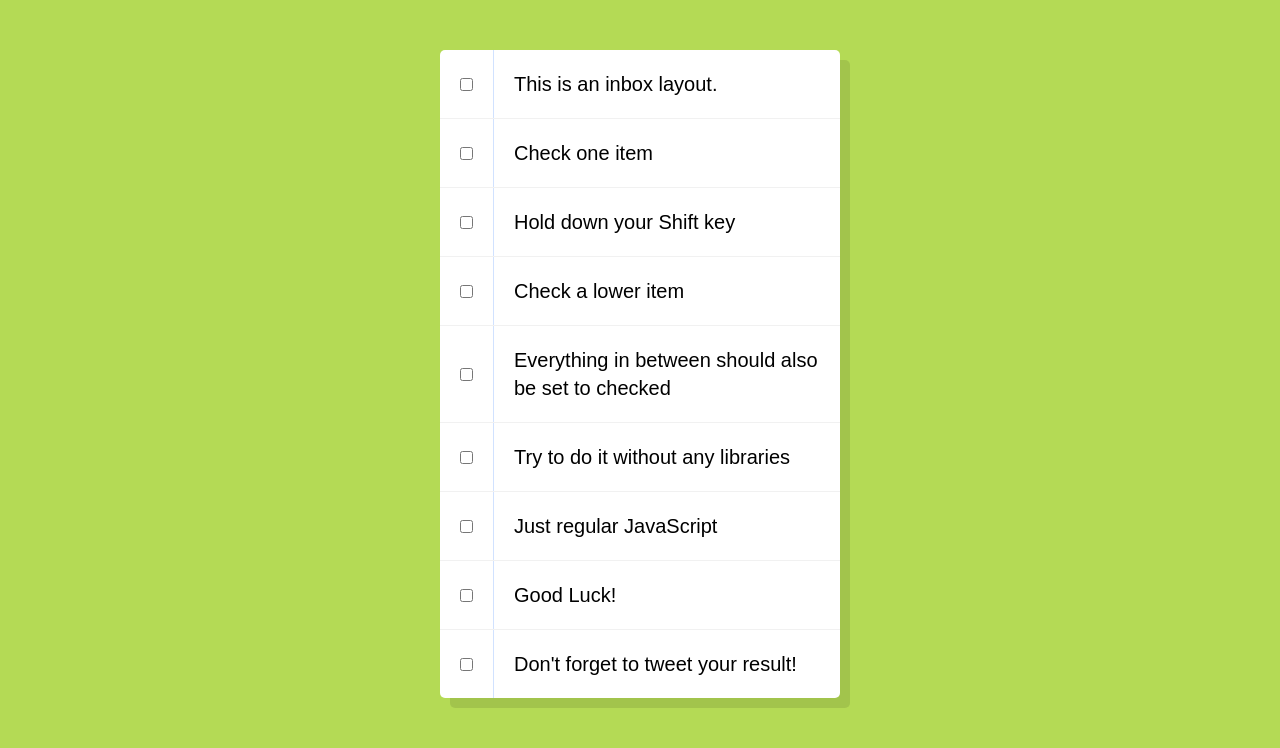
Repository: Freezler/Shift-Select-Checkboxes
Page: index.html
These files come from the project's save history. The page is drawn as it stood at one moment and after the next save; the edit follows.
The browser window is 1280 px wide. The pictures show the whole page.

Above is the page before, as saved 2024-09-07 21:12:58.

After the next save:
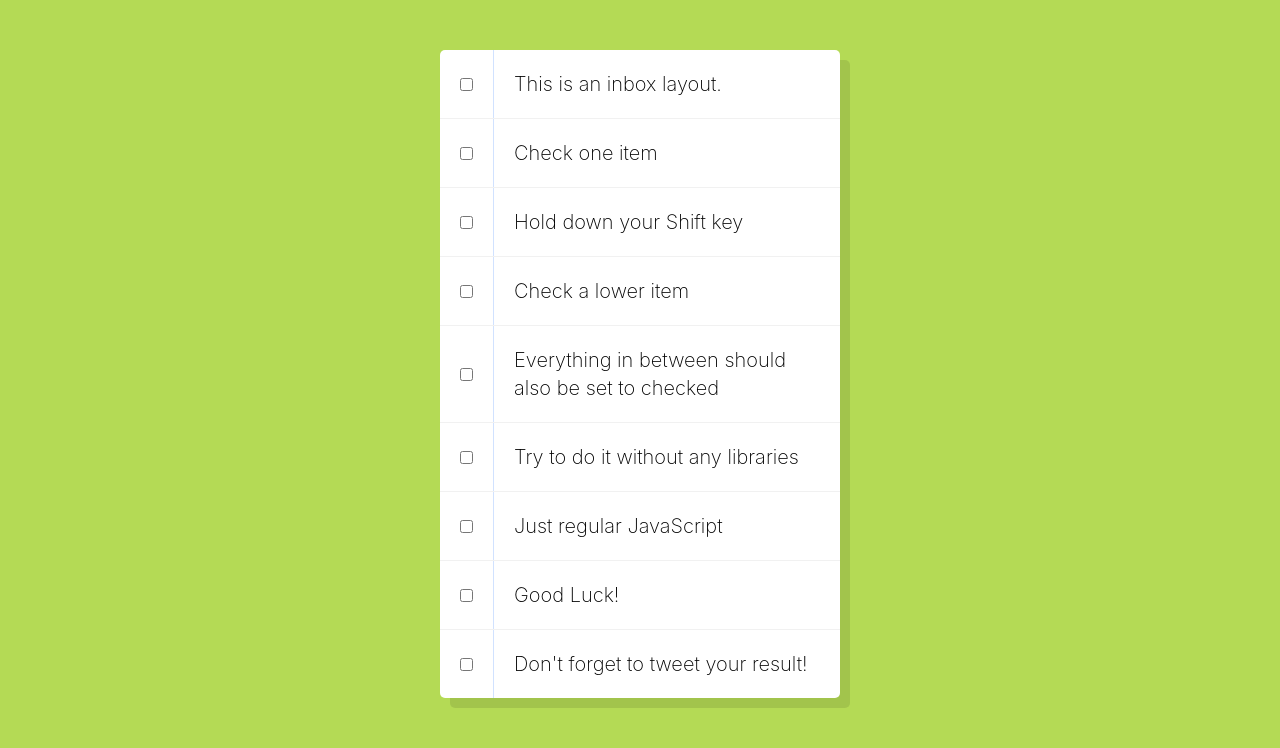
Saved 12 s later.
--- a/index.html
+++ b/index.html
@@ -10,7 +10,7 @@
 <body>
   <style>
     html {
-      font-family: 'Montserrat', sans-serif;
+      font-family: Inter, 'Montserrat', sans-serif;
       line-height: 1.4;
 
       background: #B4DA55;

After the 3 saves that followed:
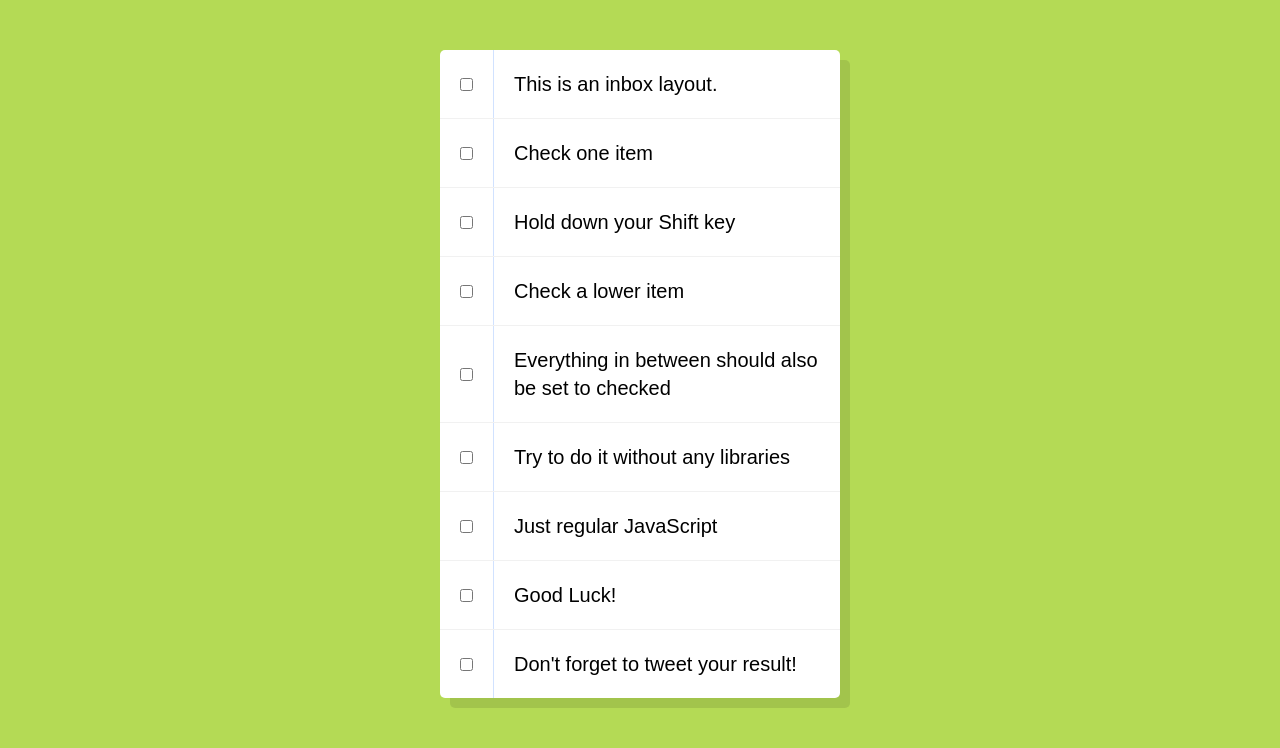
The 3 saves are shown as one change because 2 left the picture as it was.
The last was saved 25 s later.
--- a/index.html
+++ b/index.html
@@ -10,7 +10,7 @@
 <body>
   <style>
     html {
-      font-family: Inter, 'Montserrat', sans-serif;
+      font-family: 'Arial', sans-serif;
       line-height: 1.4;
 
       background: #B4DA55;
